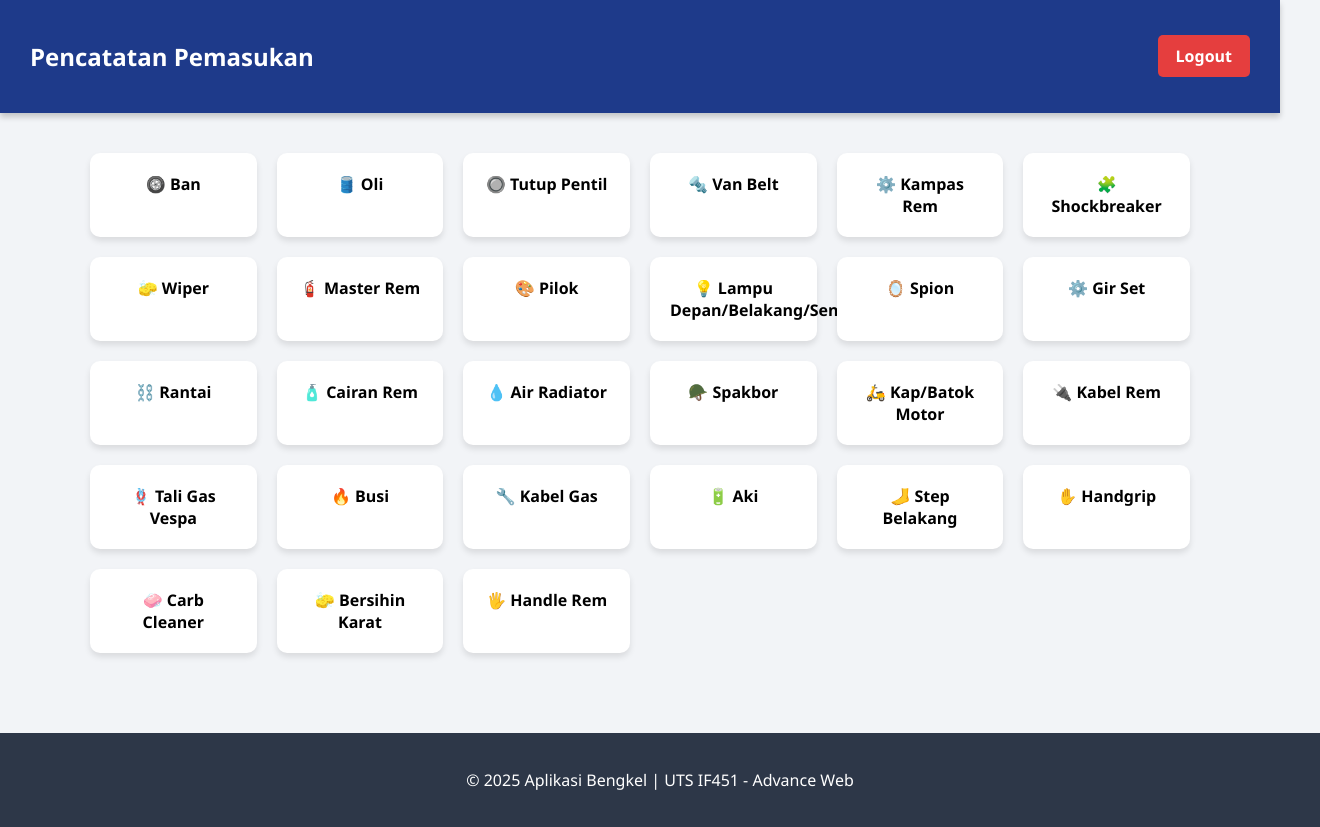
Repository: eligrahphilip/bengkel_managemen
Page: views/admin-income.ejs
The author's editor kept a copy of each file at every save. The page is drawn from the files as they stood at one save, then again after the next save.
The browser window is 1280 px wide. The page is 1320 px wide, then 1280 px, so the pictures cover 1320 px, including what lies to the right of the window. The pictures show the whole page.
The page is served by the project's Node server (server.js). The template is opened directly, without the code that normally fills it, so the values that code supplies are empty.

Above is the page before, as saved 2025-10-10 21:05:28.

After the next save:
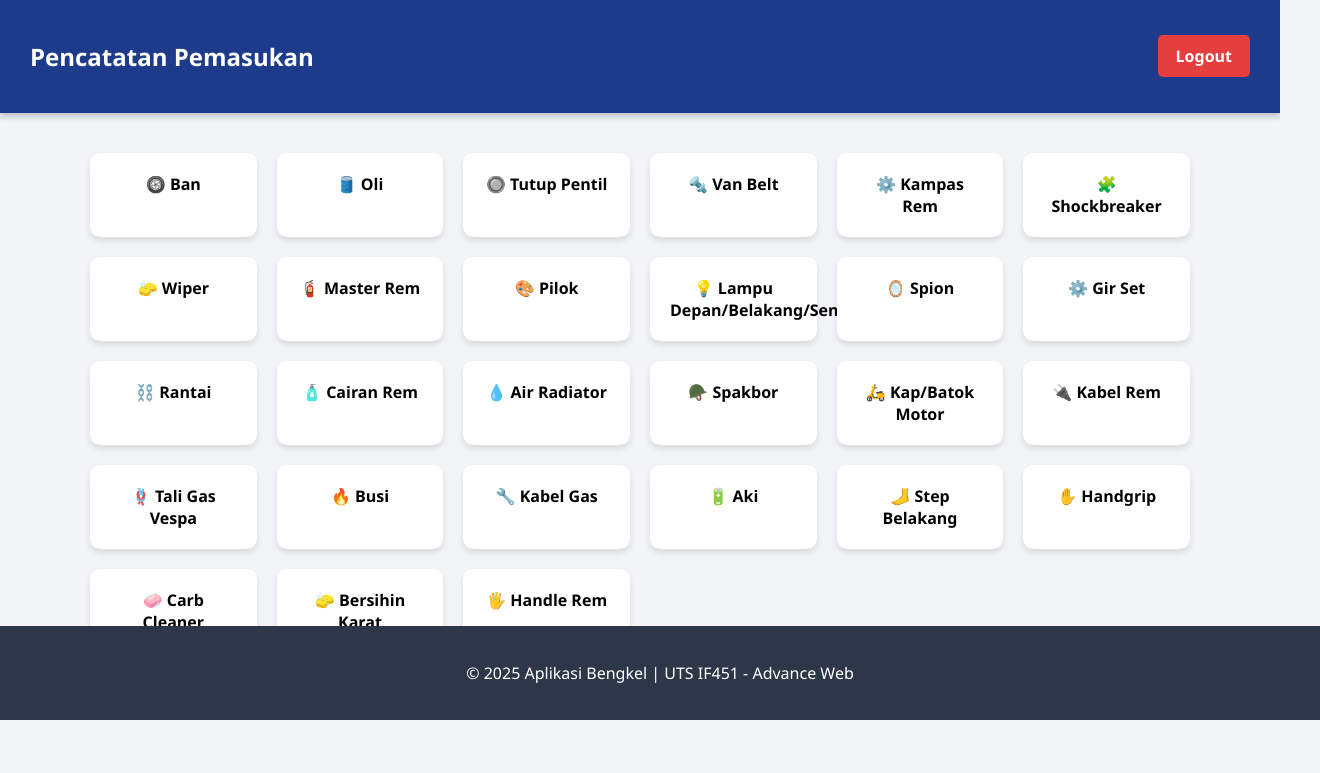
Saved 45 s later.
--- a/public/css/admin/admin-income.css
+++ b/public/css/admin/admin-income.css
@@ -2,6 +2,7 @@ body {
   font-family: "Segoe UI", Tahoma, Geneva, Verdana, sans-serif;
   background-color: #f2f4f7;
   margin: 0;
+  padding-bottom: 80px; /* biar konten gak ketutupan footer */
 }
 
 header {
@@ -116,6 +117,7 @@ footer {
   padding: 20px;
   background-color: #2d3748;
   color: white;
+  position: fixed;
+  bottom: 0;
   width: 100%;
-  margin-top: 40px; /* jarak dari konten atasnya */
 }
